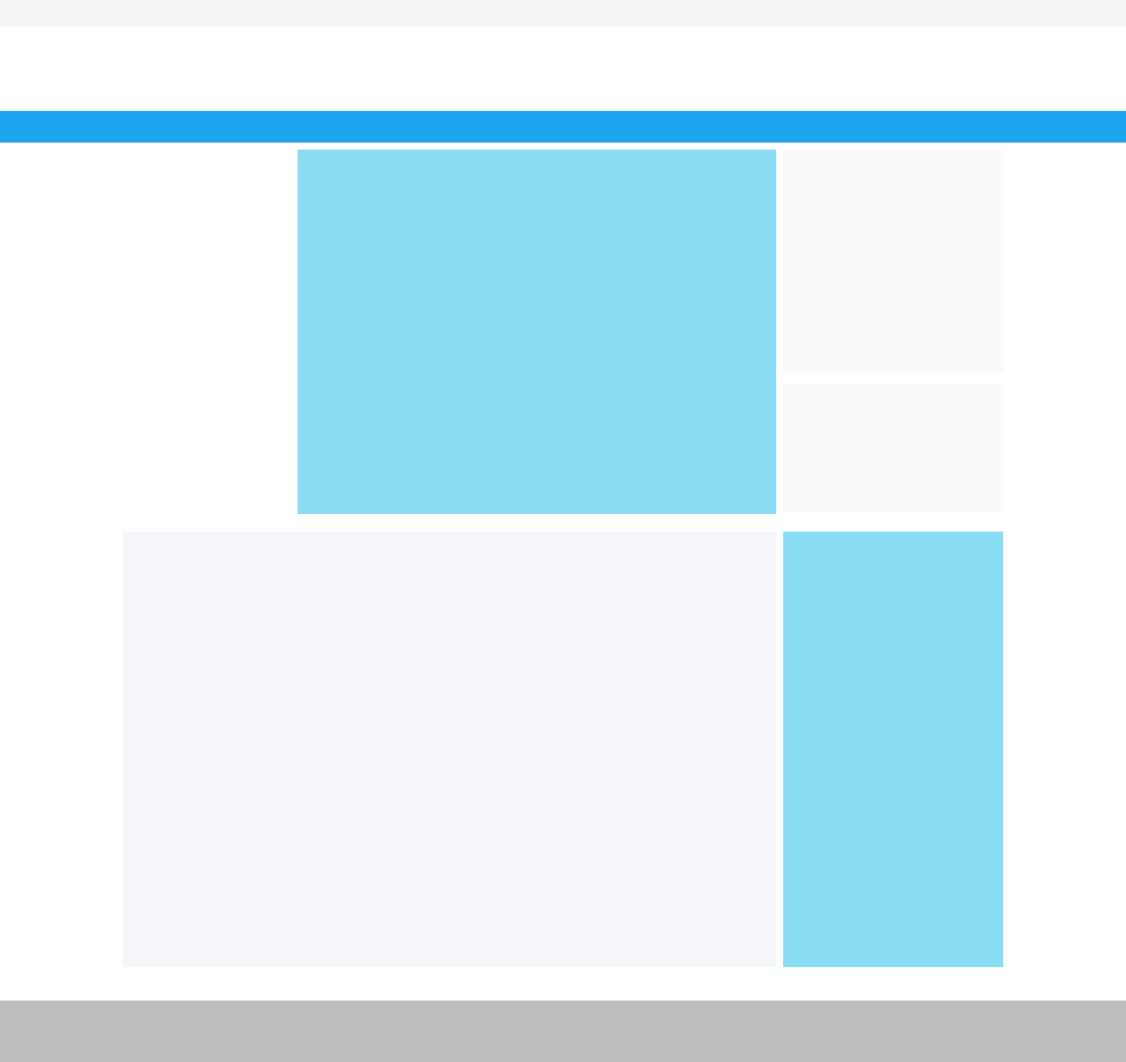
Repository: zhenzhen-gong/HospitalDemo
Page: index.html
These files come from the project's save history. The page is drawn as it stood at one moment and after the next save; the edit follows.
The browser window is 1280 px wide. The pictures show the whole page, at 88% of full size.

Above is the page before, as saved 2020-07-07 18:18:58.

### index.html
<!DOCTYPE html>
<html lang="en">

<head>
    <meta charset="UTF-8">
    <meta name="viewport" content="width=device-width, initial-scale=1.0">
    <title>城市医院预约平台</title>
    <link rel="stylesheet" href="css/style.css">
    <script src="js/script.js"></script>
</head>

<body>
    <div class="top"></div>
    <div class="header">
        <div class="logo"></div>
        <div class="search"></div>
    </div>
    <div class="nav">
        <div class="nav-menu"></div>
    </div>
    <div class="banner">
        <div class="banner-slider"></div>
        <div class="banner-right">
            <div class="banner-search"></div>
            <div class="banner-help"></div>
        </div>
    </div>
    <div class="content">
        <div class="tad">
            <div class="tab-hosital"></div>
            <div class="tab-department"></div>
        </div>
        <div class="content-right">
            <div class="news"></div>
            <div class="close"></div>
        </div>
    </div>
    <div class="footer"></div>
</body>

</html>

### css/style.css
*{
    margin: 0;
    padding: 0;
}
/* top部分样式 */
.top{
    height: 30px;
    width: 100%;
    background: #f5f5f5;
}

/* header部分 */
.header{
    width: 100%;
    height: 96px;
}

/* nva导航部分 */
.nav{
    width: 100%;
    height: 36px;
    background: #1fa4f0;
}
/* banner部分 */
.banner{
    height: 432px;
    width: 1000px;
    margin: 0 auto;
    padding-left: 190px;
    box-sizing: border-box;
}
.banner-slider{
    height: 414px;
    width: 544px;
    background: #8bddf3;
    margin: 8px 8px 0 8px ;
    float: left;
}
.banner-right{
    float: right;
    width: 250px;
    height: 414px;
    margin-top: 8px;
}
.banner-right .banner-search{
    height: 254px;
    background: #fafafa;
    margin-bottom: 12px;
}
.banner-right .banner-help{
    height: 146px;
    background: #fafafa;
}
/* content部分 */
.content{
    height: 495px;
    width: 1000px;
    margin: 10px auto 38px;
}
.content .tad{
    float: left;
    background: #f4f6fa;
    height: 495px;
    width: 742px;
}
.content .content-right{
    float: right;
    width: 250px;
    height: 495px;
    margin-left: 8px;
    background: #8bddf3;
}
/* footer部分 */
.footer{
    height: 70px;
    width: 100%;
    background: #bdbdbe;
}

Loaded but not shown: js/script.js (no stored copy; drawn as an empty file)

After the next save:
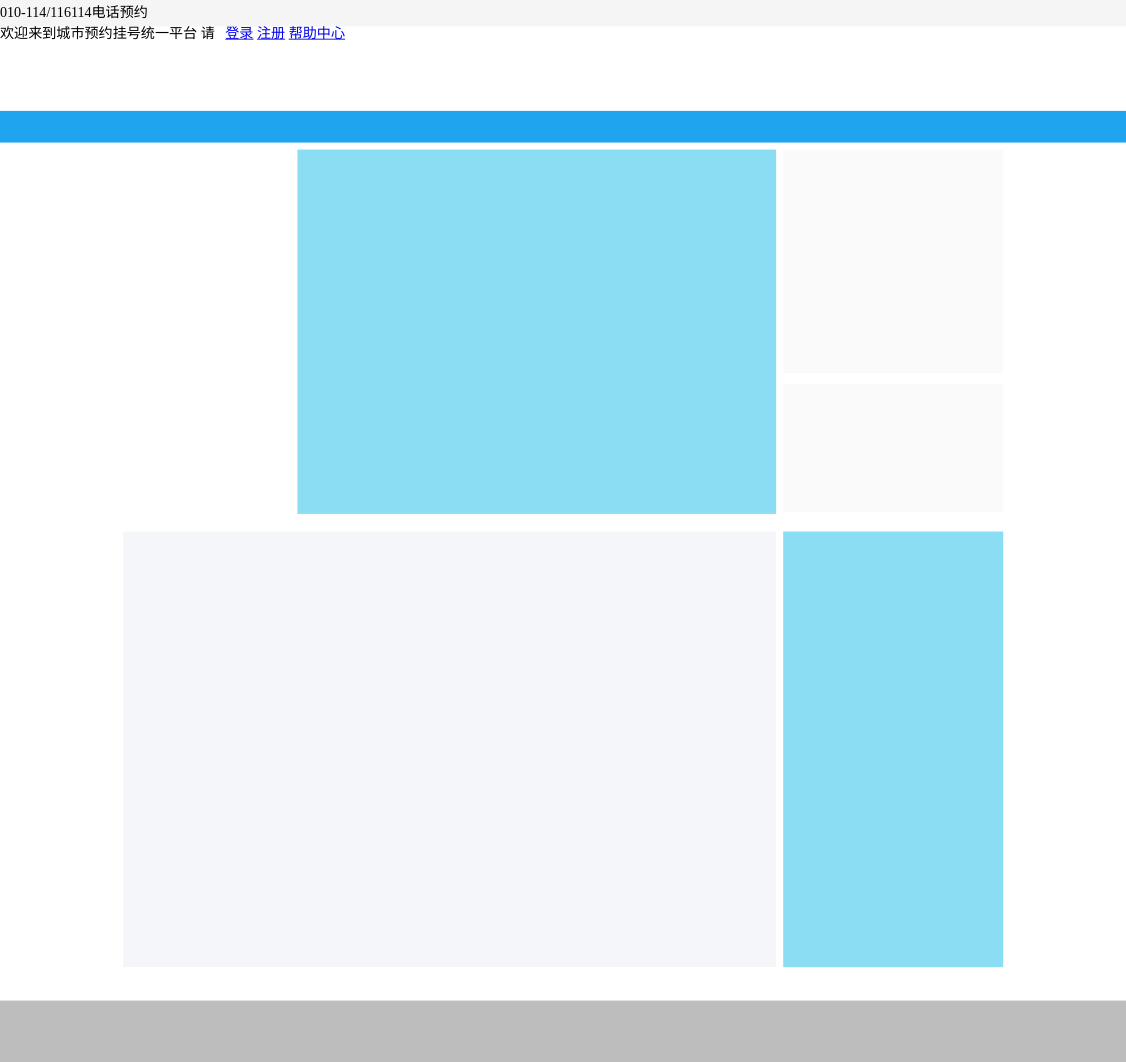
Saved 13 min 29 s later.
--- a/index.html
+++ b/index.html
@@ -10,7 +10,17 @@
 </head>
 
 <body>
-    <div class="top"></div>
+    <div class="top">
+        <div class="wrap">
+            <div class="call">010-114/116114电话预约</div>
+            <div class="welcom">
+                欢迎来到城市预约挂号统一平台&nbsp;请&nbsp;&nbsp;
+                <a href="#">登录</a>
+                <a href="#">注册</a>
+                <a href="#">帮助中心</a>
+            </div>
+        </div>
+    </div>
     <div class="header">
         <div class="logo"></div>
         <div class="search"></div>
